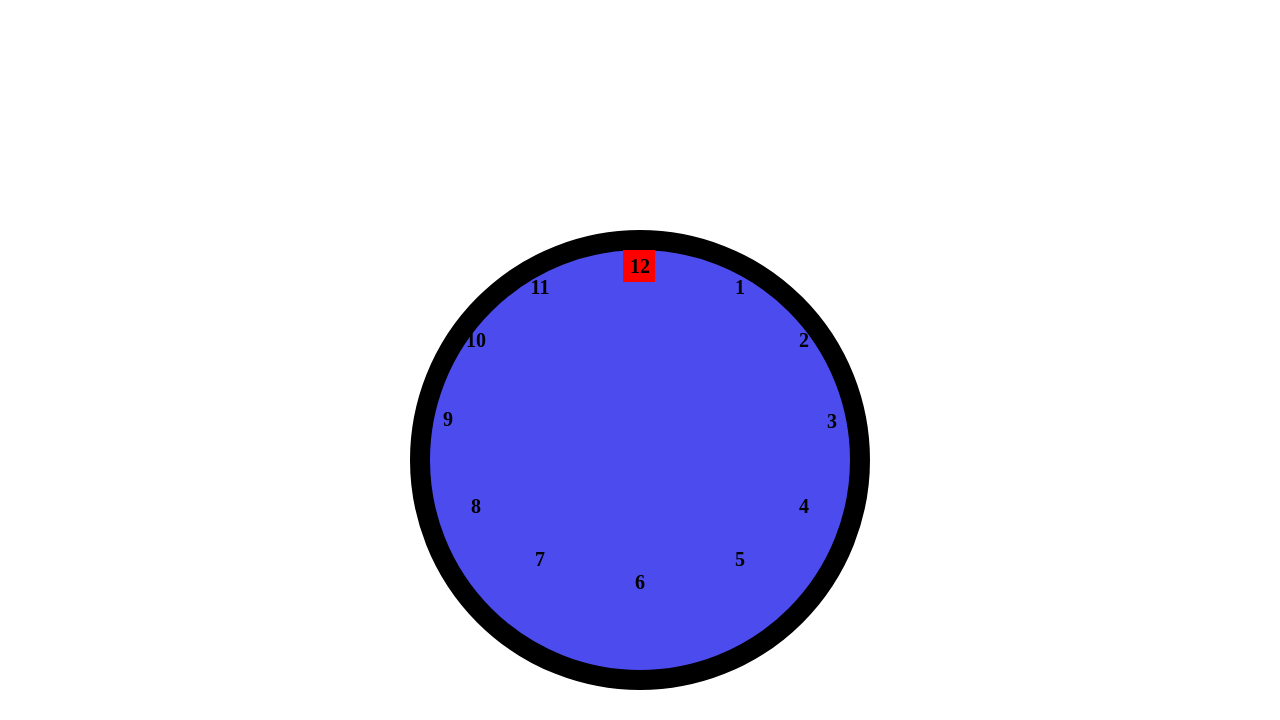
Repository: Eugene44-hub/Analog-clock
Page: index.html
An editor plug-in stored every save of this project. The page is shown before and after the next save, followed by the edit.
The browser window is 1280 px wide. The pictures show the whole page.

Above is the page before, as saved 2021-09-04 15:37:21.

After the next save:
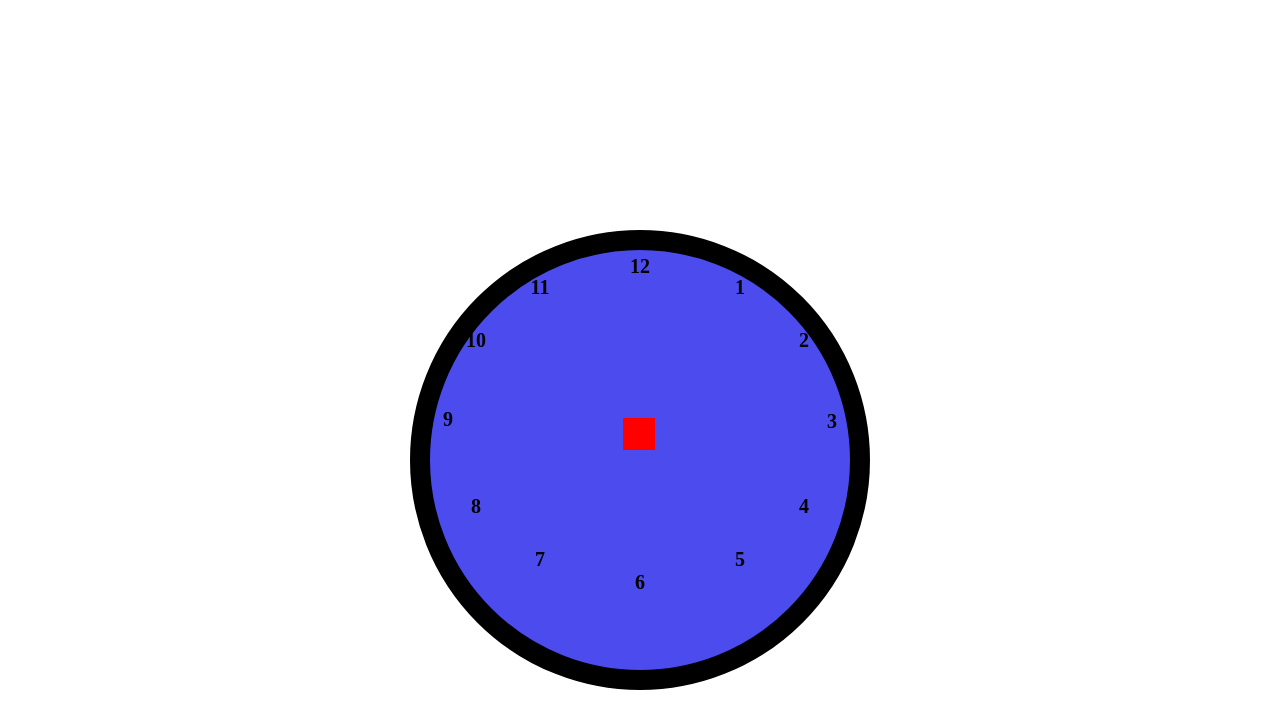
Saved 16 s later.
--- a/style.css
+++ b/style.css
@@ -22,7 +22,7 @@
 .circle {
     background-color: red;
     position: absolute;
-    top: 0%;
+    top: 40%;
     left: 46%;
     width: 32px;
     height: 32px;
